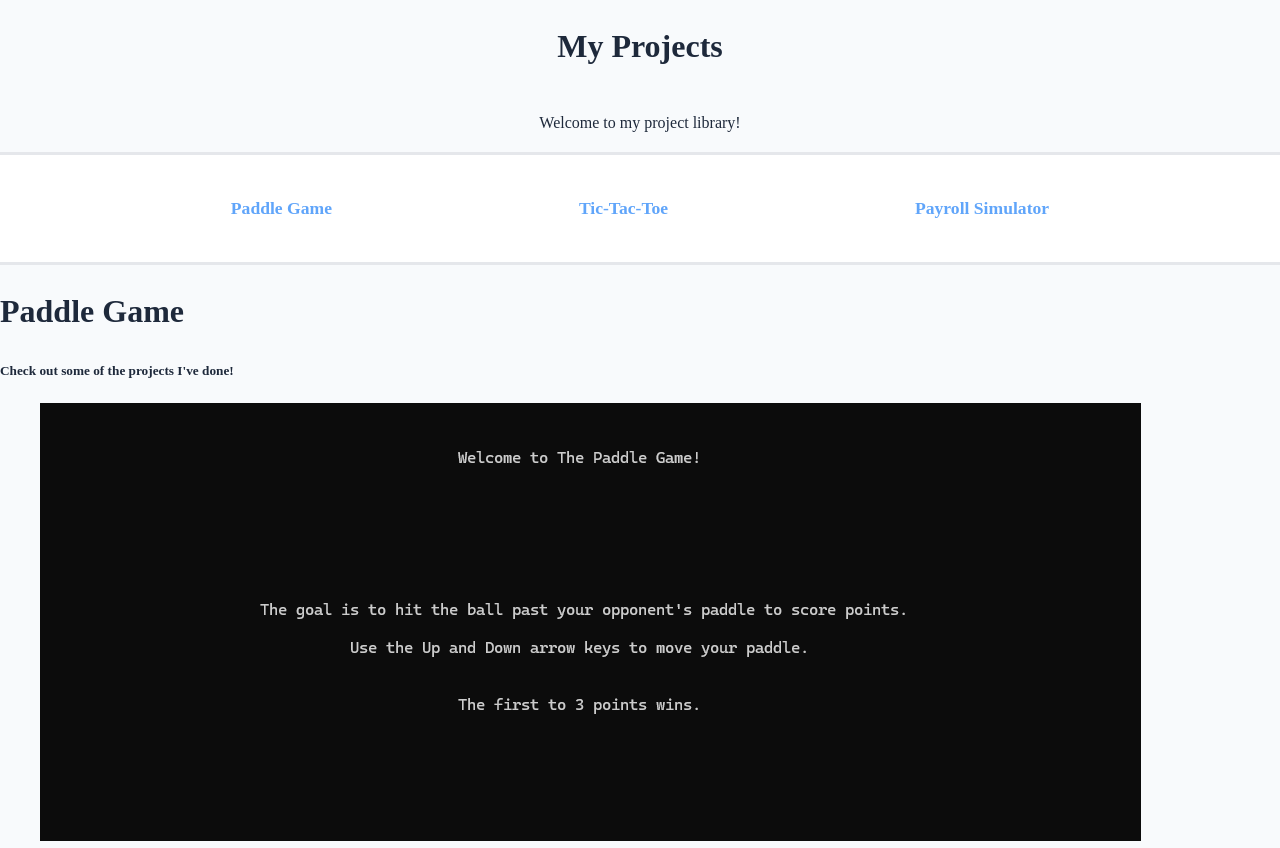
Repository: alison-cunningham/alison-cunningham
Page: pages/main-projects-page.html
The author's editor kept a copy of each file at every save. The page is drawn from the files as they stood at one save, then again after the next save.
The browser window is 1280 px wide. The pictures show the whole page.
Some web fonts or font styles are not loaded; a fallback is used.

Above is the page before, as saved 2026-05-08 20:31:09.

After the next save:
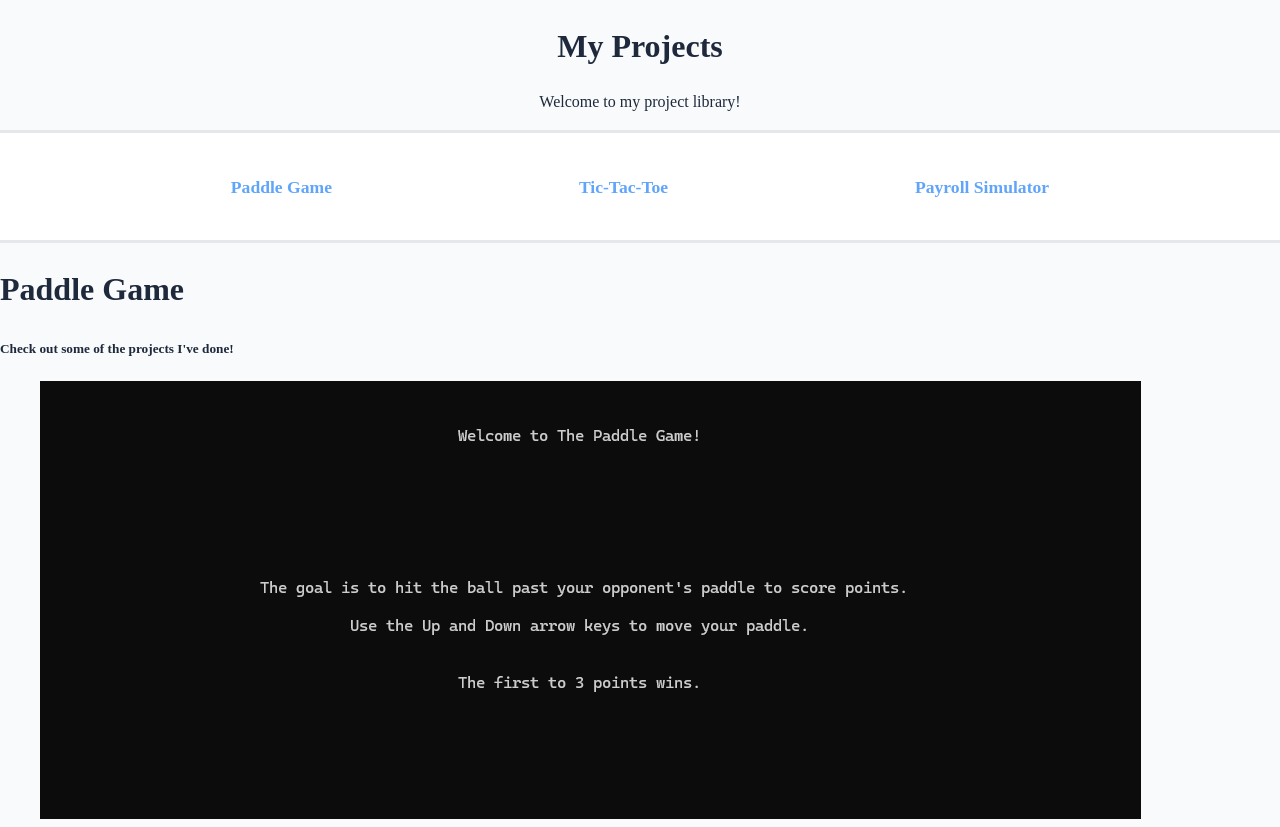
Saved 2 min 46 s later.
--- a/styles/pages.css
+++ b/styles/pages.css
@@ -3,6 +3,11 @@
     justify-content: center;
     text-align: center;
 
+
+}
+
+h1{
+    margin-bottom: 0;
 }
 
 nav{
@@ -44,6 +49,7 @@ nav a:hover{
     color: white;
 }
 
+
 iframe{
     width: 100%;
     min-height: 80vh;
